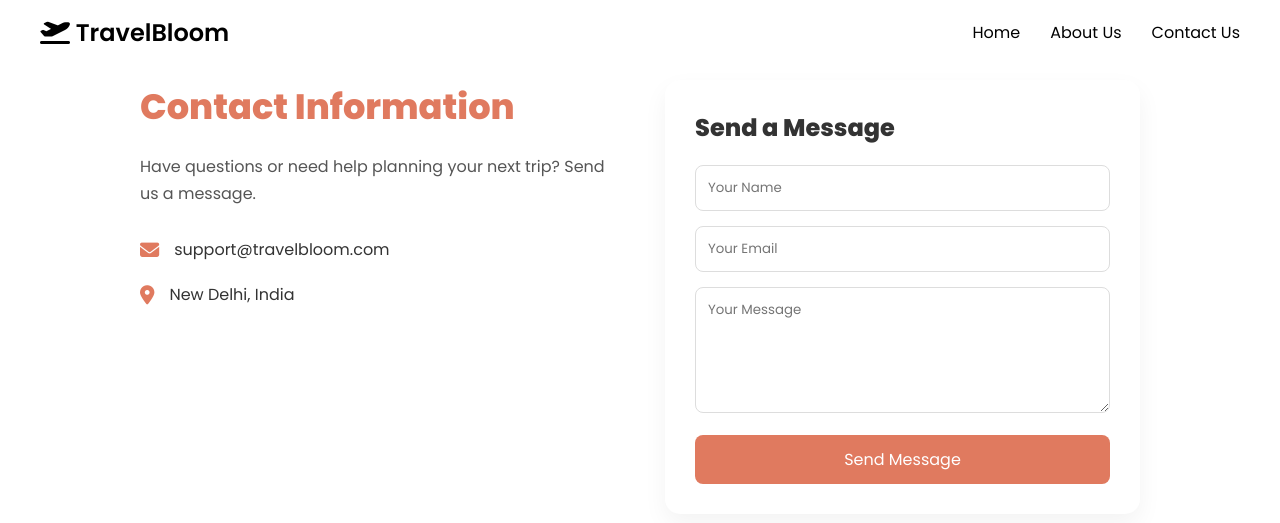
Repository: LatikaAdhikari064/TravelBloom_Project
Page: contact.html
These files come from the project's save history. The page is drawn as it stood at one moment and after the next save; the edit follows.
The browser window is 1280 px wide. The pictures show the whole page.

Above is the page before, as saved 2026-01-08 21:00:51.

After the next save:
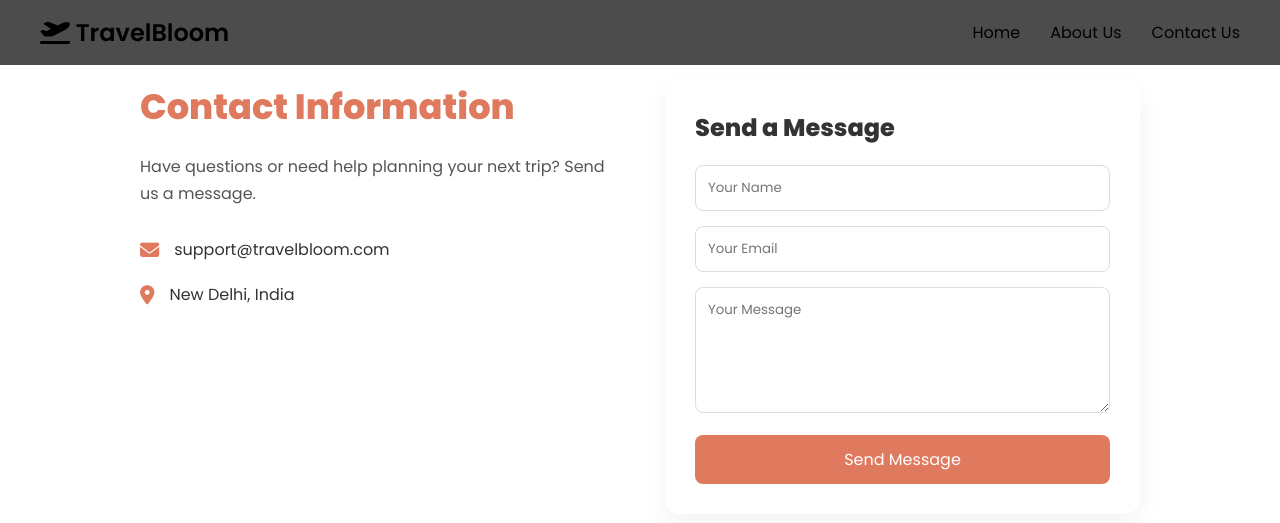
Saved 45 s later.
--- a/contact.css
+++ b/contact.css
@@ -8,17 +8,16 @@
 
 /* --- Navigation Bar --- */
 .navbar {
-    position: fixed;
+     position: fixed;
     top: 0;
     width: 100%;
     padding: 15px 40px;
     display: flex;
     justify-content: space-between;
     align-items: center;
-    background:#ffffff;
+    background: rgba(0, 0, 0, 0.7);
     backdrop-filter: blur(8px);
     z-index: 1000;
-    box-shadow: #333;
 }
 
 .logo {

After the save that followed:
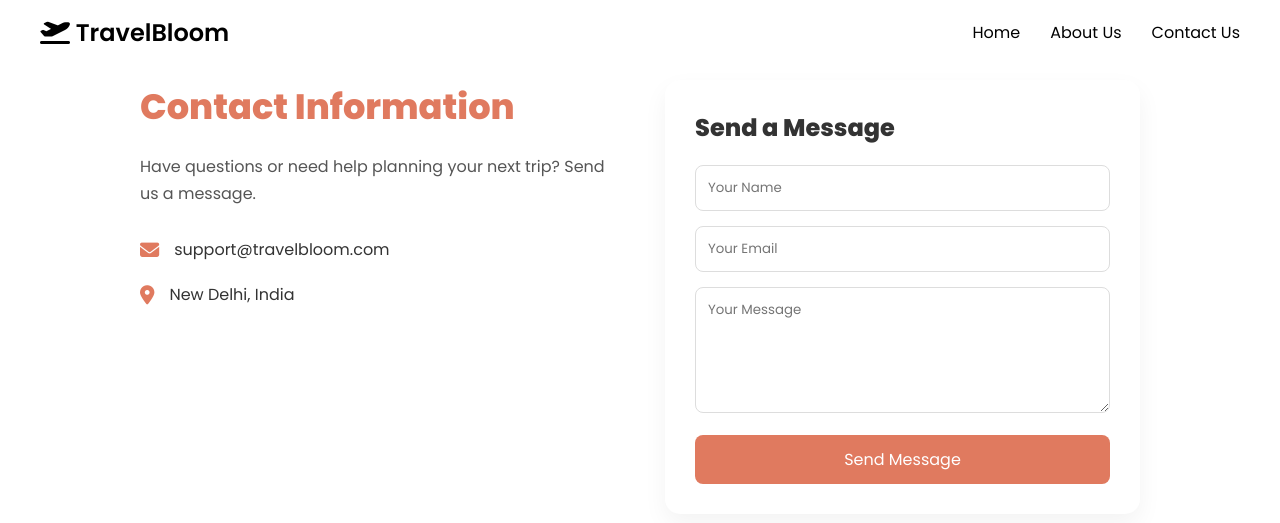
Saved 22 s later.
--- a/contact.css
+++ b/contact.css
@@ -15,7 +15,7 @@
     display: flex;
     justify-content: space-between;
     align-items: center;
-    background: rgba(0, 0, 0, 0.7);
+    background: rgb(255, 255, 255);
     backdrop-filter: blur(8px);
     z-index: 1000;
 }
